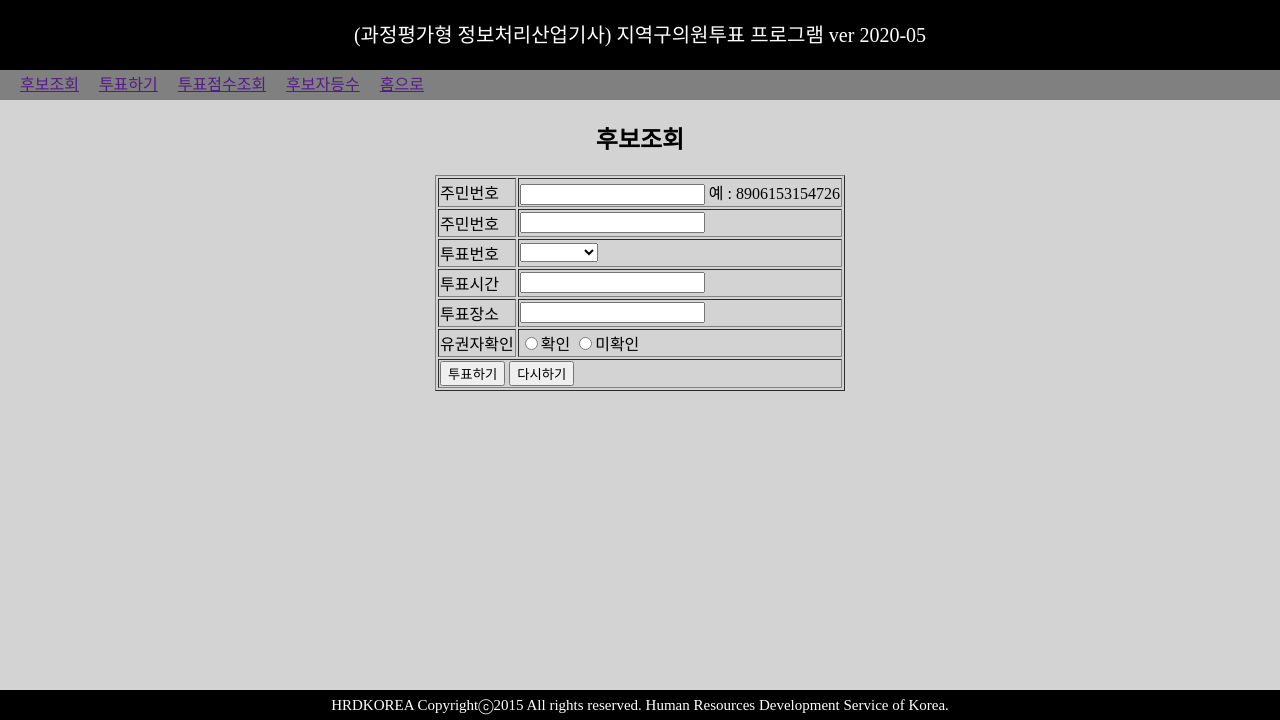
Repository: alsco727/JSP
Page: http://localhost/HRD_2207/vote.jsp
An editor plug-in stored every save of this project. The page is shown before and after the next save, followed by the edit.
The browser window is 1280 px wide. The pictures show the whole page.
The page is served by Tomcat 9.

Above is the page before, as saved 2022-08-29 10:42:01.

After the next save:
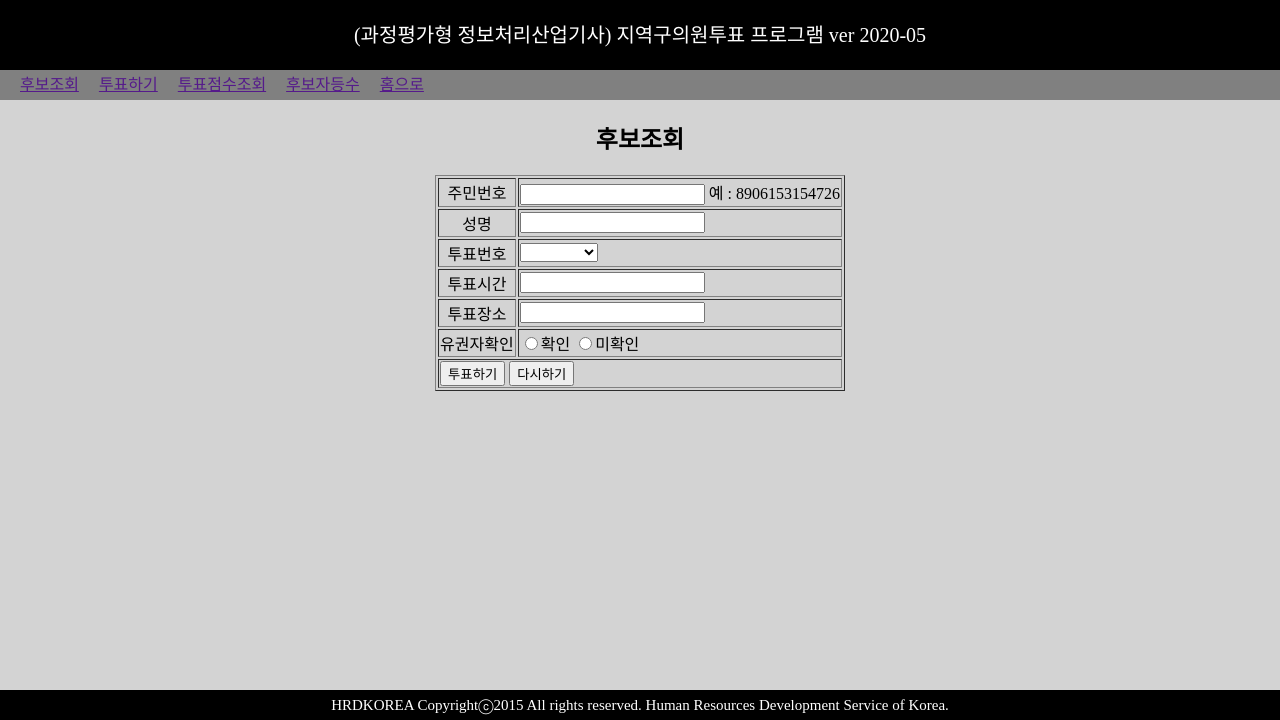
Saved 42 s later.
--- a/information_Processing/JSP과제4/HRD_2207/src/main/webapp/vote.jsp
+++ b/information_Processing/JSP과제4/HRD_2207/src/main/webapp/vote.jsp
@@ -13,15 +13,15 @@
 <form style="display:flex; align-items:center; justify-content:center;">
 <table border="1">
 <tr>
-	<td>주민번호</td>
+	<td style="text-align:center">주민번호</td>
 	<td><input type="text" name="v_jumin"> 예 : 8906153154726</td>
 </tr>
 <tr>
-	<td>주민번호</td>
+	<td style="text-align:center">성명</td>
 	<td><input type="text" name="v_name"></td>
 </tr>
 <tr>
-	<td>투표번호</td>
+	<td style="text-align:center">투표번호</td>
 	<td>
 	<select>
 		<option value=""></option>
@@ -34,15 +34,15 @@
 	</td>
 </tr>
 <tr>
-	<td>투표시간</td>
+	<td style="text-align:center">투표시간</td>
 	<td><input type="text" name="v_time"></td>
 </tr>
 <tr>
-	<td>투표장소</td>
+	<td style="text-align:center">투표장소</td>
 	<td><input type="text" name="v_area"></td>
 </tr>
 <tr>
-	<td>유권자확인</td>
+	<td style="text-align:center">유권자확인</td>
 	<td><input type="radio">확인 <input type="radio">미확인</td>
 </tr>
 <tr>
